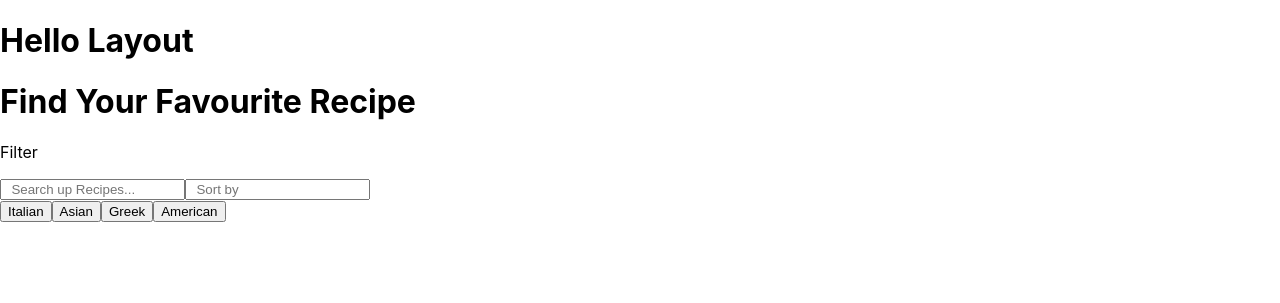
Repository: takamilinagaki/COMP3170-Project
Page: /
The author's editor kept a copy of each file at every save. The page is drawn from the files as they stood at one save, then again after the next save.
The browser window is 1280 px wide. The pictures show the whole page.
Some web fonts or font styles are not loaded; a fallback is used. The project was rebuilt for these pictures with package versions that can differ from the ones it lists, and the page was loaded fresh each time. Also part of the build but not shown: src/styles.css, src/routes/Favourite.jsx.

Above is the page before, as saved 2023-11-19 21:36:18.

### src/App.js
import { BrowserRouter, Routes } from "react-router-dom";
import "./styles.css";
import { config } from "./routes/config";

export default function App(){
  return (
    <BrowserRouter>
    <Routes>
      {config}
    </Routes>
    </BrowserRouter>
  )
}

### src/routes/config.jsx
import { Route } from "react-router-dom";

import Layout from "../components/Layout";

import HomePage from "../routes/HomePage";
import Favourite from "../routes/Favourite";

export const config = (
    <Route element={<Layout/>}>
        <Route path ="/">
            <Route index element={<HomePage/>}/>
            <Route path="Favourite">
                <Route index element={<Favourite/>}/>
                <Route path=":id" element={<Favourite/>} />
            </Route>
        </Route>
    </Route>
)

### src/components/Layout.jsx
import { Outlet } from "react-router-dom";

export default function Layout(){
    return (
        <div>
            <h1>Hello Layout</h1>
            <Outlet/>
        </div>
    )
}

### src/routes/HomePage.jsx


export default function HomePage() {
  return (
    <div className="App">

      <div className="homePageTopSection">
        <div className="navBar">

        </div>
         <h1>Find Your Favourite Recipe</h1>
      </div>

<div className="bottomSection">
   <div className="searchings">
          <p className="filterFont">Filter</p>
          <input
           className="searchInput"
           type="text"
           placeholder='  Search up Recipes...'/>

           <input
           className="sort"
           placeholder='  Sort by'
           />
    </div>

    <div className="searchResults">
         <div className="filterButtons">
          <button>Italian</button>
          <button>Asian</button>
          <button>Greek</button>
          <button>American</button>
         </div>

         <div className="cards">

         </div>
    </div>
</div>


    </div>
  );
}

Loaded but not shown: public/index.html (common file); src/index.js (common file); src/index.css (common file); src/reportWebVitals.js (common file)

After the next save:
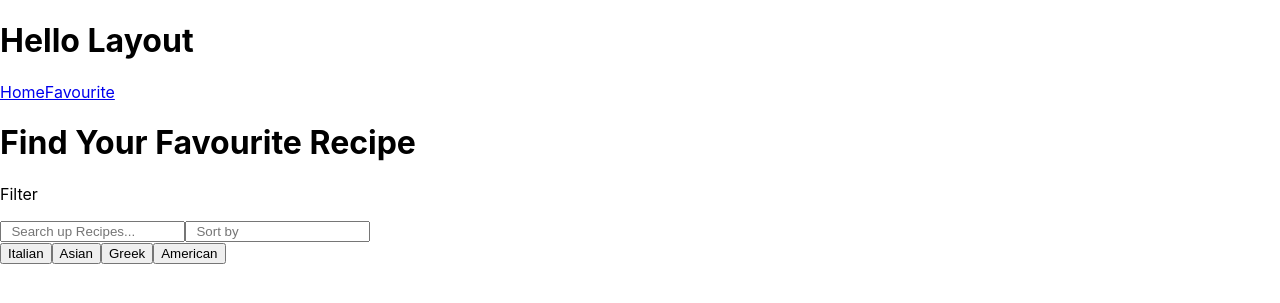
Saved 95 s later.
--- a/src/routes/HomePage.jsx
+++ b/src/routes/HomePage.jsx
@@ -1,9 +1,10 @@
-
+import { Link } from "react-router-dom";
 
 export default function HomePage() {
   return (
     <div className="App">
-
+        <Link to="/">Home</Link>
+        <Link to="Favourite">Favourite</Link>
       <div className="homePageTopSection">
         <div className="navBar">
 
